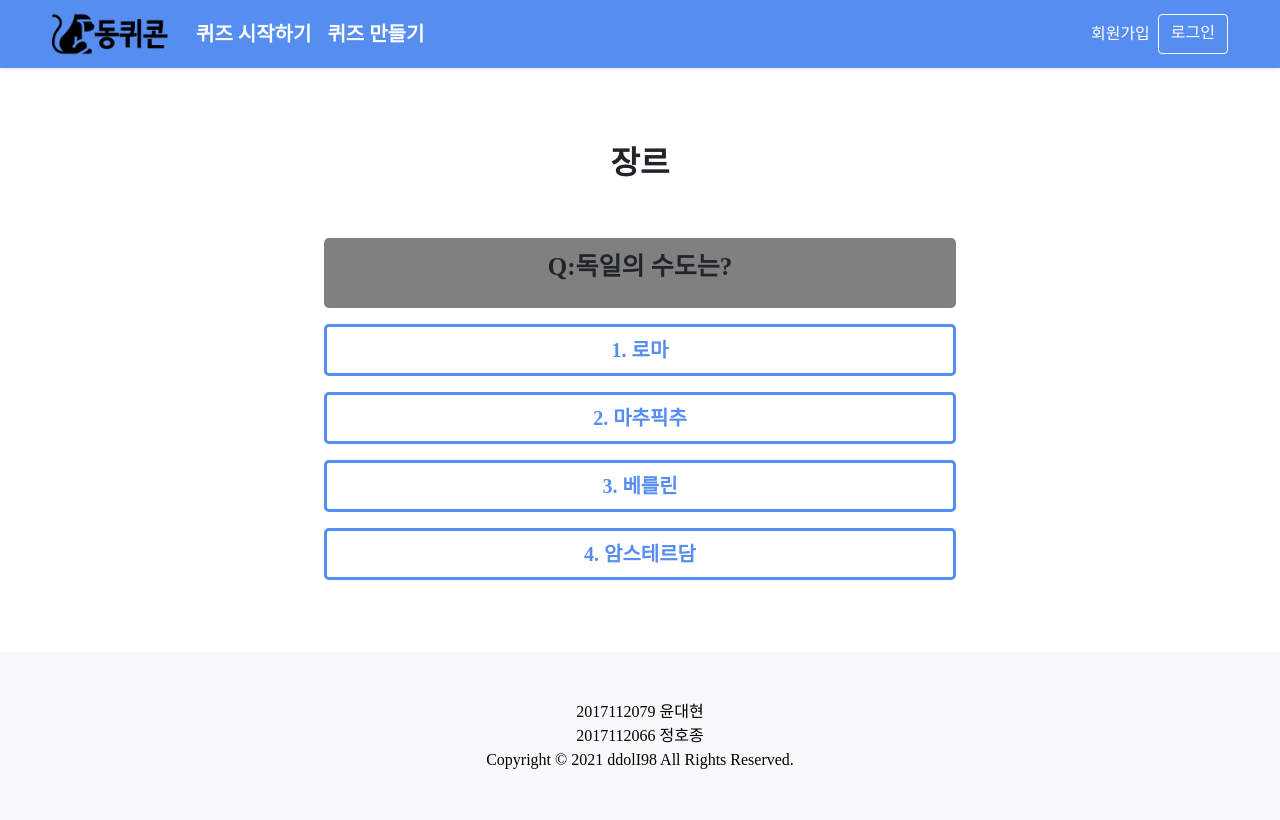
Repository: eogus0512/Quiz_WebProject
Page: http://localhost/Quiz_WebProject/solveQuiz.jsp
These files come from the project's save history. The page is drawn as it stood at one moment and after the next save; the edit follows.
The browser window is 1280 px wide. The pictures show the whole page.
Some web fonts or font styles are not loaded; a fallback is used. The page is served by Tomcat 9.

Above is the page before, as saved 2021-10-28 14:28:42.

After the next save:
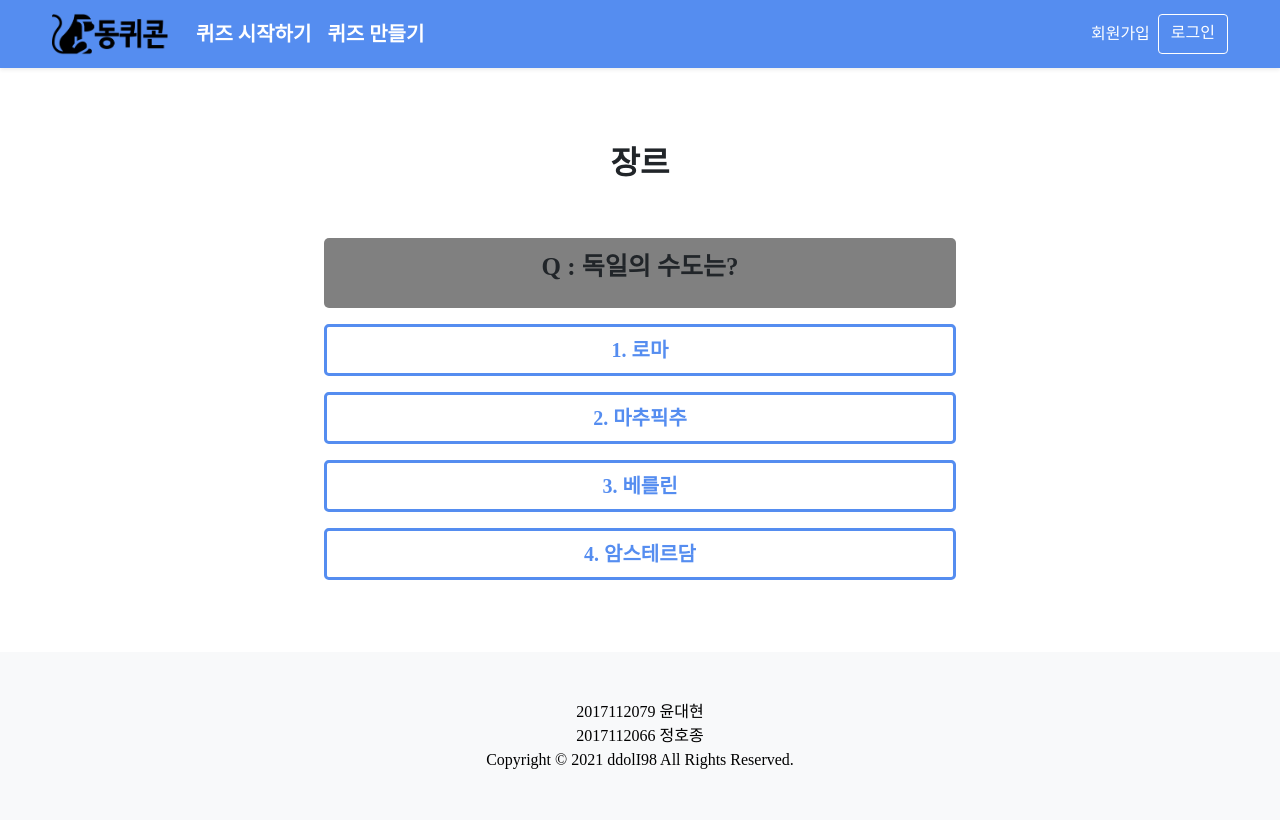
Saved 18 s later.
--- a/Quiz_WebProject/WebContent/solveQuiz.jsp
+++ b/Quiz_WebProject/WebContent/solveQuiz.jsp
@@ -69,7 +69,7 @@
     <form method="post" action="action/signUpAction.jsp">
         <div class="row g-3">
         	<div class="col-12" style="height:70px; padding:10px; background-color: gray; text-align:center; font-size:25px; font-weight:bold; border-radius:5px">
-                <label class="form-label">Q:독일의 수도는?</label>
+                <label class="form-label">Q : 독일의 수도는?</label>
             </div>
             <button class="w-100 btn-lg" style="background-color: white; color:#558DF0; border:3px solid #558DF0"><b>1. 로마</b></button>
             <button class="w-100 btn-lg" style="background-color: white; color:#558DF0; border:3px solid #558DF0"><b>2. 마추픽추</b></button>
